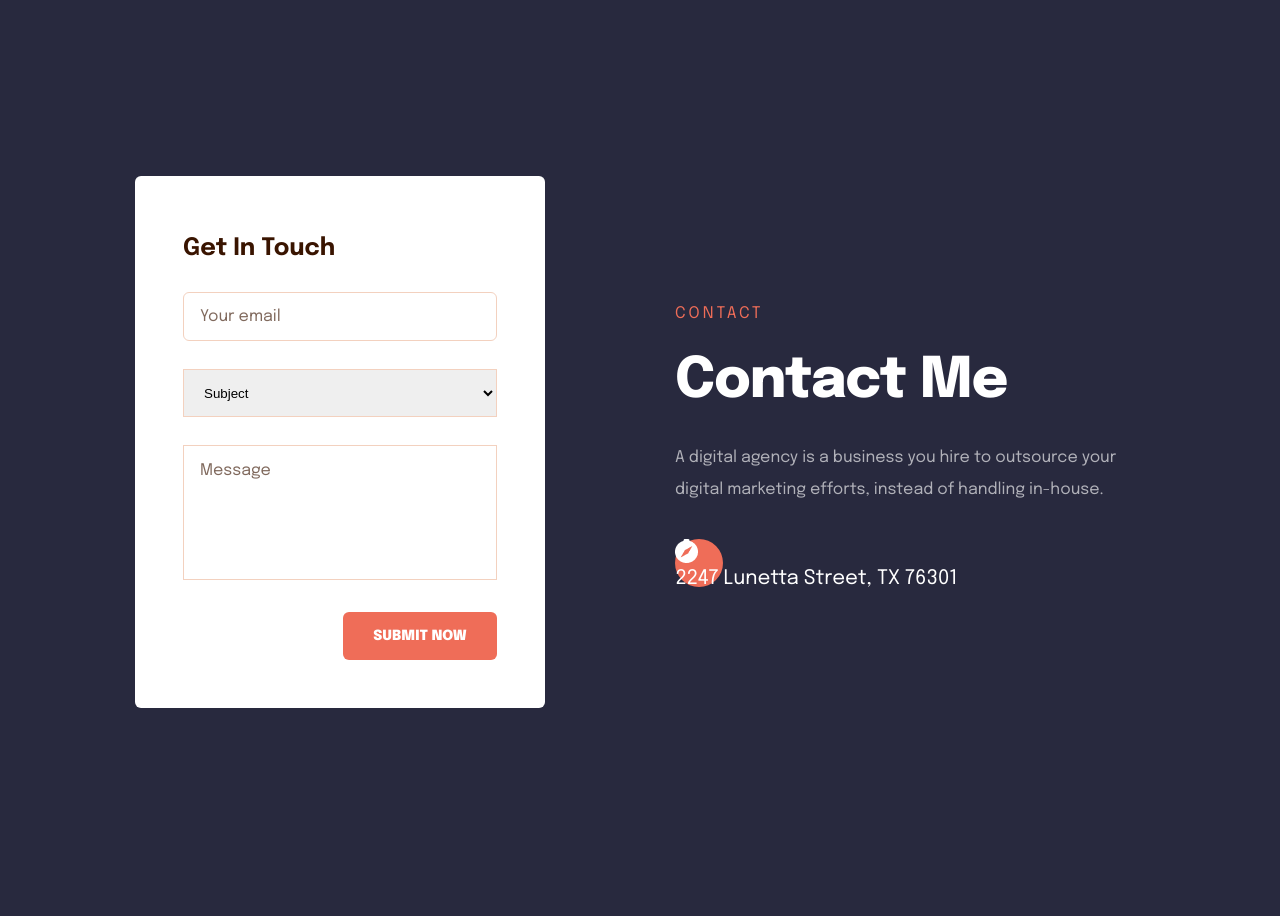
Repository: simralgasimov/contact-me
Page: index.html
These files come from the project's save history. The page is drawn as it stood at one moment and after a run of saves; the edit follows.
The browser window is 1280 px wide. The pictures show the whole page.

Above is the page before, as saved 2023-10-04 13:37:34.

### index.html
<!DOCTYPE html>
<html lang="en">
  <head>
    <meta charset="UTF-8" />
    <meta name="viewport" content="width=device-width, initial-scale=1.0" />
    <title>Document</title>
    <link rel="stylesheet" href="./index.css" />
  </head>
  <body>
    <div class="container">
        <form action="">
          <p>Get In Touch</p>
          <label for="">
            <input type="email" placeholder="Your email" />
          </label>

          <label for="subject">
            <select name="" id="subject">
              <option value="subject">Subject</option>
              <option value="subject">Subject</option>
              <option value="subject">Subject</option>
            </select>
          </label>

          <label for="">
            <textarea name=""  placeholder="Message" id=""></textarea>
            <!-- <input type="textarea" name="" id="" /> -->
          </label>
          <button>Submit Now</button>
        </form>


      <div class="contact-me">
        <h1>Contact</h1>
        <h2>Contact Me</h2>
        <p>
          A digital agency is a business you hire to outsource your digital
          marketing efforts, instead of handling in-house.
        </p>
        <div class="cirycle">
          <img src="./img/Shape.png" alt="" />
          <p>2247 Lunetta Street, TX 76301</p>
        </div>
      </div>
    </div>
  </body>
</html>

### index.css
@import url("https://fonts.googleapis.com/css2?family=Epilogue:wght@400;700;800;900&display=swap");
* {
  margin: 0;
  padding: 0;
  box-sizing: border-box;
}

.container {
  padding: 176px 135px 208px 135px;
  background: #28293e;
  display: flex;
  align-items: center;
  /* justify-content: space-between; */
}

.container p {
  margin-bottom: 27px;
  color: var(--Text_Dark, #391400);
  font-feature-settings: "clig" off, "liga" off;

  font-family: Epilogue;
  font-size: 24px;
  font-style: normal;
  font-weight: 700;
  line-height: 32px;
}

.container form {
  width: 570px;
  margin-right: 130px;
  padding: 57px 48px 48px 48px;
  border-radius: 6px;
  background: #fff;
}

.container input {
  padding: 16px;
  border-radius: 6px;
  border: 1px solid #f3d1bf;
  background: #fff;
}
.container input::placeholder,
.container textarea::placeholder {
  color: var(--Text_Dark_Gray, rgba(57, 20, 0, 0.64));
  font-feature-settings: "clig" off, "liga" off;
  font-family: Epilogue;
  font-size: 16px;
  font-style: normal;
  font-weight: 400;
  line-height: 32px;
}

.container form label {
  display: block;
  margin-bottom: 28px;
}

.container input,
.container textarea,
.container select {
  width: 100%;
  border: 1px solid #f3d1bf;
}
.container input [type="email"] {
  height: 48px;
}

.container select {
  height: 48px;
  padding: 0 16px;
}

.container textarea {
  height: 135px;
  padding: 9px 16px;
  resize: none;
}

.container form button {
  width: 154px;
  height: 48px;
  border-radius: 6px;
  background: #ef6d58;
  border: none;
  float: right;

  text-decoration: none;
  color: #fff;
  text-align: center;
  font-family: Epilogue;
  font-size: 14px;
  font-style: normal;
  font-weight: 900;
  line-height: normal;
  text-transform: uppercase;
}



.container .contact-me h1 {
  margin-bottom: 20px;
  width: 86px;
  color: var(--Text_Light_Accent, #ef6d58);
  font-feature-settings: "clig" off, "liga" off;
  font-family: Epilogue;
  font-size: 16px;
  font-style: normal;
  font-weight: 400;
  line-height: 32px;
  letter-spacing: 3px;
  text-transform: uppercase;
}

.container .contact-me h2 {
  margin-bottom: 28px;
  width: 334px;
  color: var(--Text_Light, #fff);
  font-feature-settings: "clig" off, "liga" off;
  font-family: Epilogue;
  font-size: 56px;
  font-style: normal;
  font-weight: 800;
  line-height: 64px;
  letter-spacing: -1px;
}

.container .contact-me p {
  margin-bottom: 33px;
  width: 470px;
  color: var(--Text_Light_Gray, rgba(255, 255, 255, 0.64));
  font-feature-settings: "clig" off, "liga" off;

  font-family: Epilogue;
  font-size: 16px;
  font-style: normal;
  font-weight: 400;
  line-height: 32px;
}

.container .contact-me .cirycle {
  /* position: relative; */
  width: 48px;
  height: 48px;
  background-color: #ef6d58;
  border-radius: 50%;
}

.container .contact-me .cirycle img {
  /* position: absolute; */
  /* margin: 13px; */

  display: flex;
  justify-content: center;
  align-content: center;
}

.container .contact-me .cirycle p {
  display: flex;
  justify-content: center;
  align-items: center;
  align-content: center;
  /* margin-left: 90px; */
  width: 283px;
  color: var(--Text_Light, #fff);
  font-feature-settings: "clig" off, "liga" off;

  font-family: Epilogue;
  font-size: 20px;
  font-style: normal;
  font-weight: 400;
  line-height: 32px;
}

After the next 2 saves:
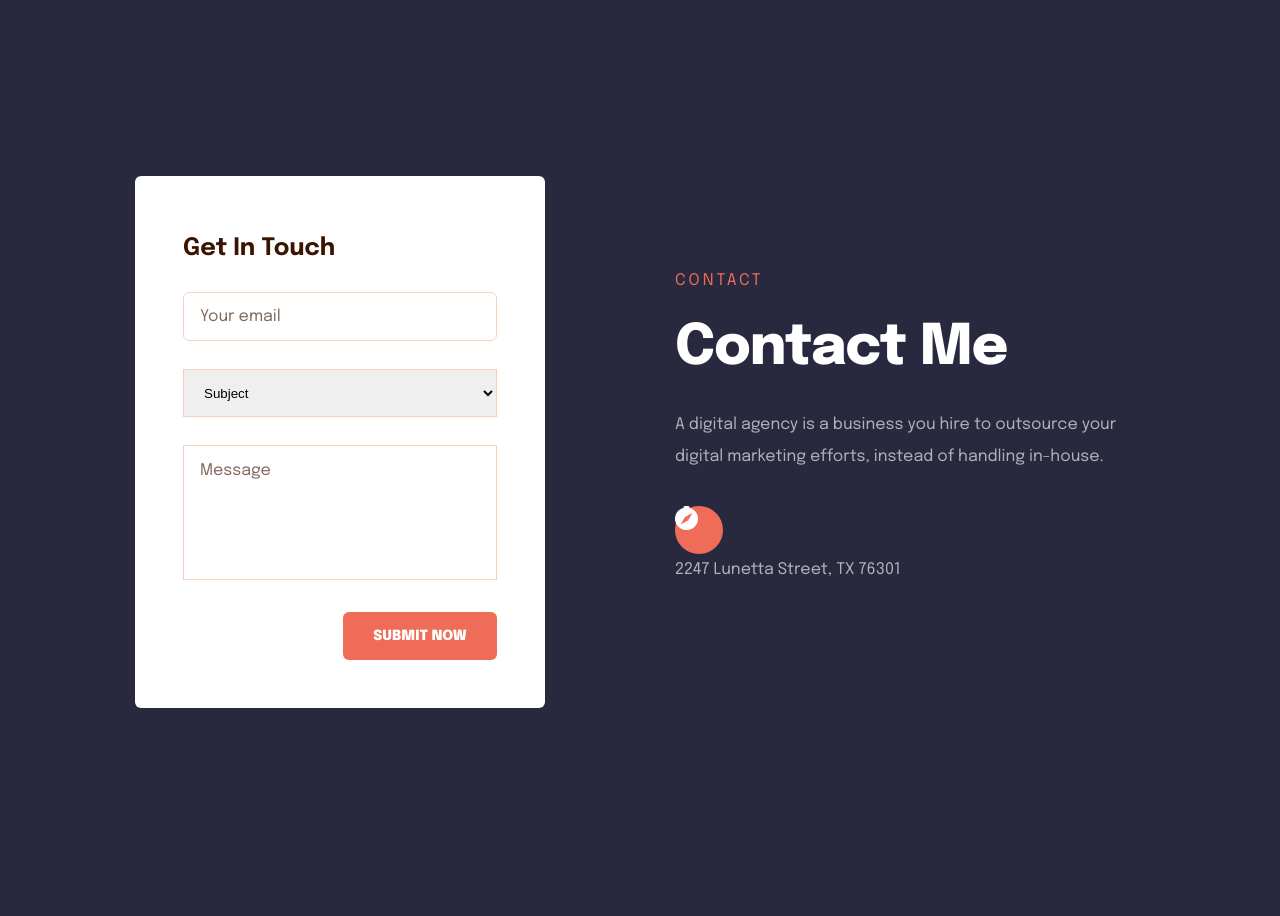
The 2 saves are shown as one change because they came seconds apart.
The last was saved 70 s later.
--- a/index.html
+++ b/index.html
@@ -39,8 +39,9 @@
         </p>
         <div class="cirycle">
           <img src="./img/Shape.png" alt="" />
-          <p>2247 Lunetta Street, TX 76301</p>
         </div>
+        <p>2247 Lunetta Street, TX 76301</p>
+
       </div>
     </div>
   </body>
